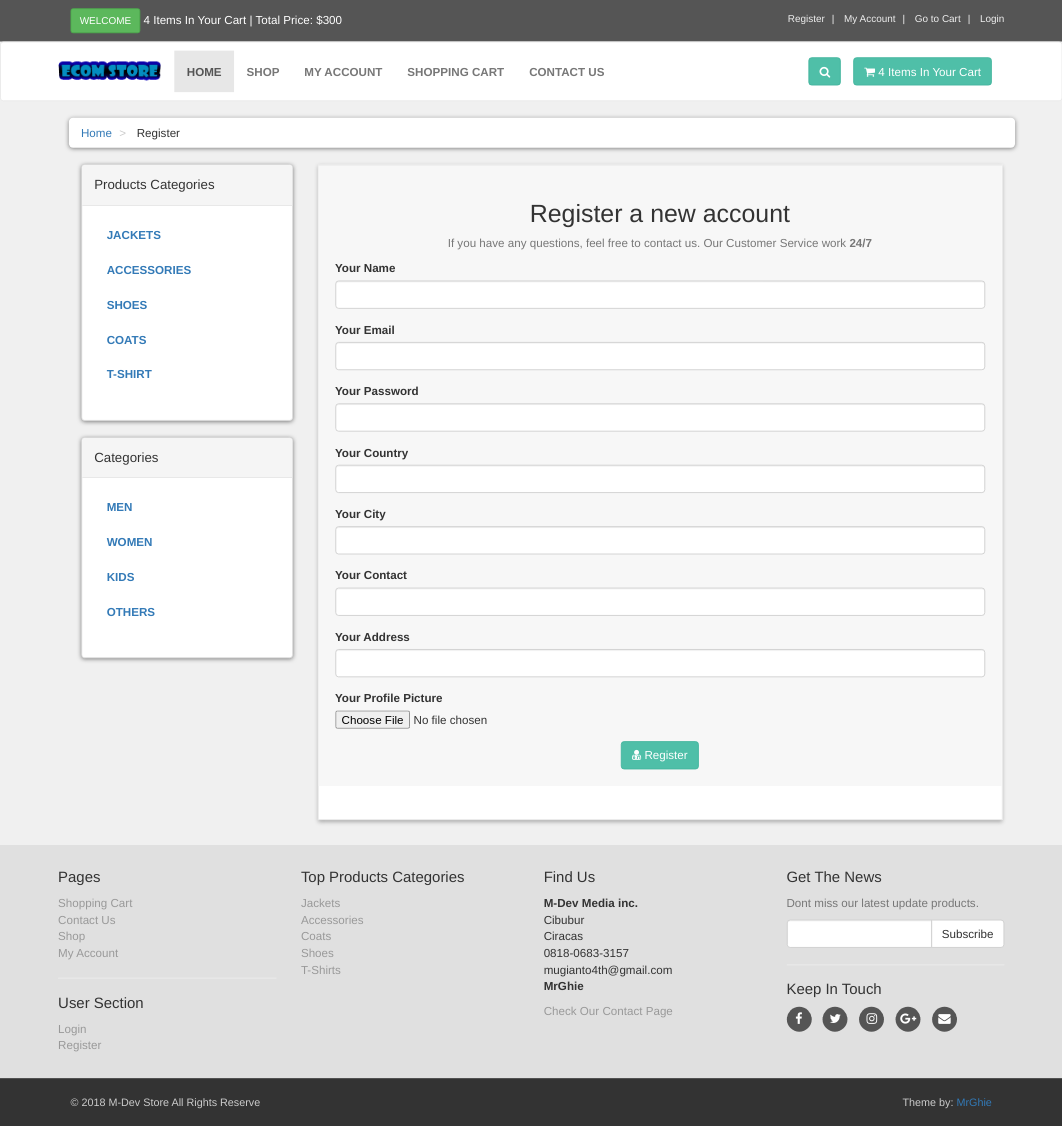
Repository: truonghuynhquy/M_Dev_Store
Page: http://localhost/customer_register.php
An editor plug-in stored every save of this project. The page is shown before and after the next save, followed by the edit.
The browser window is 1280 px wide. The pictures show the whole page, at 83% of full size.
The page is run by PHP 8.4 with error messages shown; the project is at /var/www/html/.

Above is the page before, as saved 2022-11-14 09:52:11.

### customer_register.php
<!DOCTYPE html>
<html lang="en">

<head>
    <meta charset="UTF-8">
    <meta http-equiv="X-UA-Compatible" content="IE=edge">
    <meta name="viewport" content="width=device-width, initial-scale=1.0">
    <title>M-Dev Shop</title>
    <link rel="stylesheet" href="styles/bootstrap-337.min.css">
    <link rel="stylesheet" href="styles/style.css">
    <link rel="stylesheet" href="font-awsome/css/font-awesome.min.css">
</head>

<body>
    <div id="top">
        <!--  Top:     Begin  -->

        <div class="container">
            <!--  Container:     Begin  -->
            <div class="col-md-6 offer">
                <!--  col-md-6 offer:     Begin  -->
                <a href="#" class="btn btn-success btn-sm">Welcome</a>
                <a href="checkout.php">4 Items In Your Cart | Total Price: $300</a>
            </div><!--  col-md-6:     Finish  -->

            <div class="col md-6">
                <!--  col-md-6:     Begin  -->

                <ul class="menu">
                    <!--  menu:     Begin  -->
                    <li>
                        <a href="customer_register.php">Register</a>
                    </li>
                    <li>
                        <a href="customer/my_account.php">My Account</a>
                    </li>
                    <li>
                        <a href="cart.php">Go to Cart</a>
                    </li>
                    <li>
                        <a href="checkout.php">Login</a>
                    </li>

                </ul><!--  menu:     Finish  -->

            </div><!--  col-md-6:     Finish  -->

        </div><!--  Container:     Finish  -->

    </div><!--  Top:    Finish  -->

    <div id="navbar" class="navbar navbar-default">
        <!--  navbar navbar-default:    Begin  -->

        <div class="container">
            <!--  container:    Begin  -->

            <div class="nav-header">
                <!--  nav-header:    Begin  -->

                <a href="index.php" class="navbar-brand home">
                    <!-- navbar-brand home Begin -->

                    <img src="images/ecom-store-logo.png" alt="M-dev-Store Logo" class="hidden-xs">
                    <img src="images/ecom-store-logo-mobile.png" alt="M-dev-Store Logo Mobile" class="visible-xs">

                </a><!-- navbar-brand home Finish -->

                <button class="navbar-toggle" data-toggle="collapse" data-target="#navigation">

                    <span class="sr-only">Toggle navigation</span>

                    <i class="fa fa-align-justify"></i>

                </button>

                <button class="navbar-toggle" data-toggle="collapse" data-target="#search">

                    <span class="sr-only">Toggle Search</span>

                    <i class="fa fa-search"></i>

                </button>

            </div><!--  nav-header:    Finish  -->

            <div class="collapse navbar-collapse" id="navigation">
                <!-- navbar-collapse collapse Begin -->

                <div class="padding-nav">
                    <!-- padding-nav Begin -->

                    <ul class="nav navbar-nav left">
                        <!-- nav navbar-nav left Begin -->

                        <li class="active">
                            <a href="index.php">Home</a>
                        </li>
                        <li>
                            <a href="shop.php">Shop</a>
                        </li>
                        <li>
                            <a href="checkout.php">My Account</a>
                        </li>
                        <li>
                            <a href="cart.php">Shopping Cart</a>
                        </li>
                        <li>
                            <a href="contact.php">Contact Us</a>
                        </li>

                    </ul><!-- nav navbar-nav left Finish -->

                </div><!-- padding-nav Finish -->

                <a href="cart.php" class="btn navbar-btn btn-primary right">

                    <!-- btn navbar-btn btn-primary Begin -->

                    <i class="fa fa-shopping-cart"></i>

                    <span>4 Items In Your Cart</span>

                </a><!-- btn navbar-btn btn-primary Finish -->

                <div class="navbar-collapse collapse right">
                    <!-- navbar-collapse collapse right Begin -->

                    <button class="btn btn-primary navbar-btn" type="button" data-toggle="collapse" data-target="#search">
                        <!-- btn btn-primary navbar-btn Begin -->

                        <span class="sr-only">Toggle Search</span>

                        <i class="fa fa-search"></i>

                </div><!-- navbar-collapse collapse right Finish -->

                <div class="collapse clearfix" id="search">
                    <!-- collapse clearfix Begin -->

                    <form method="get" action="results.php" class="navbar-form">
                        <!-- navbar-form Begin -->

                        <div class="input-group">
                            <!-- input-group Begin -->

                            <input type="text" class="form-control" placeholder="Search" name="user_query" required>

                            <span class="input-group-btn">
                                <!-- input-group-btn Begin -->

                                <button type="submit" name="search" value="Search" class="btn btn-primary">
                                    <!-- btn btn-primary Begin -->

                                    <i class="fa fa-search"></i>

                                </button><!-- btn btn-primary Finish -->

                            </span><!-- input-group-btn Finish -->

                        </div><!-- input-group Finish -->

                    </form><!-- navbar-form Finish -->

                </div><!-- collapse clearfix Finish -->

            </div><!-- navbar-collapse collapse Finish -->

        </div><!--  container:    Finish  -->

    </div><!--  navbar navbar-default:    Finish  -->

    <div id="content">
        <!-- #content Begin -->

        <div class="container">
            <!-- #container Begin -->

            <div class="co-md-12">
                <!-- col-md-12 Begin -->

                <ul class="breadcrumb">
                    <!-- breadcrumb Begin -->
                    <li>
                        <a href="index.html">Home</a>
                    </li>
                    <li>
                        Register
                    </li>
                </ul><!-- breadcrumb Finish -->

            </div><!-- col-md-12 Finish -->

            <div class="col-md-3">
                <!-- col-md-3 Begin -->

                <?php

                include("includes/sidebar.php");

                ?>

            </div><!-- col-md-3 Finish -->

            <div class="col-md-9">
                <!-- col-md-9 Begin -->

                <div class="box">
                    <!-- box Begin -->

                    <div class="box-header">
                        <!-- box-header Begin -->

                        <center>
                            <!-- center Begin -->

                            <h2>Register a new account</h2>

                            <p class="text-muted">

                                If you have any questions, feel free to contact us. Our Customer Service work <strong>24/7</strong>
                            </p>

                        </center><!-- center Finish -->

                        <form action="customer_register.php" method="post" enctype="multipart/form-data">
                            <!-- form Begin -->

                            <div class="form-group">
                                <!-- form-group Begin -->

                                <label>Your Name</label>

                                <input type="text" class="form-control" name="c_name" required>

                            </div><!-- form-group Finish -->

                            <div class="form-group">
                                <!-- form-group Begin -->

                                <label>Your Email</label>

                                <input type="text" class="form-control" name="c_email" required>

                            </div><!-- form-group Finish -->

                            <div class="form-group">
                                <!-- form-group Begin -->

                                <label>Your Password</label>

                                <input type="password" class="form-control" name="c_pass" required>

                            </div><!-- form-group Finish -->

                            <div class="form-group">
                                <!-- form-group Begin -->

                                <label>Your Country</label>

                                <input type="text" class="form-control" name="c_country" required>

                            </div><!-- form-group Finish -->

                            <div class="form-group">
                                <!-- form-group Begin -->

                                <label>Your City</label>

                                <input type="text" class="form-control" name="c_city" required>

                            </div><!-- form-group Finish -->

                            <div class="form-group">
                                <!-- form-group Begin -->

                                <label>Your Contact</label>

                                <input type="text" class="form-control" name="c_contact" required>

                            </div><!-- form-group Finish -->

                            <div class="form-group">
                                <!-- form-group Begin -->

                                <label>Your Address</label>

                                <input type="text" class="form-control" name="c_address" required>

                            </div><!-- form-group Finish -->

                            <div class="form-group">
                                <!-- form-group Begin -->

                                <label>Your Profile Picture</label>

                                <input type="file" class="form-height-custom" name="c_image" required>

                            </div><!-- form-group Finish -->

                            <div class="text-center">
                                <!-- text-center Begin -->

                                <button type="submit" name="register" class="btn btn-primary">

                                    <i class="fa fa-user-md"></i> Register

                                </button>

                            </div><!-- text-center Finish -->

                        </form><!-- form Finish -->

                    </div><!-- box-header Finish -->

                </div><!-- box Finish -->

            </div><!-- col-md-9 Finish -->

        </div><!-- #container Finish -->

    </div><!-- #content Finish -->

    <?php

    include("includes/footer.php");

    ?>

    <script src="js/jquery-331.min.js"></script>
    <script src="js/bootstrap-337.min.js"></script>


</body>

</html>

### includes/sidebar.php
<div class="panel panel-default sidebar-menu">
    <!-- panel panel-default sidebar-menu Begin -->

    <div class="panel-heading">
        <!-- panel-heading Begin -->

        <h3 class="panel-title">Products Categories</h3>

    </div><!-- panel-heading Finish -->

    <div class="panel-body">
        <!-- panel-body Begin -->

        <ul class="nav nav-pills nav-stacked category-menu">
            <!-- nav nav-pills nav-stacked category-menu Begin -->

            <li><a href="#">Jackets</a></li>
            <li><a href="#">Accessories</a></li>
            <li><a href="#">Shoes</a></li>
            <li><a href="#">Coats</a></li>
            <li><a href="#">T-Shirt</a></li>

        </ul><!-- nav nav-pills nav-stacked category-menu Finish -->

    </div><!-- panel-body Finish -->

</div><!-- panel panel-default sidebar-menu Finish -->

<div class="panel panel-default sidebar-menu">
    <!-- panel panel-default sidebar-menu Begin -->

    <div class="panel-heading">
        <!-- panel-heading Begin -->

        <h3 class="panel-title">Categories</h3>

    </div><!-- panel-heading Finish -->

    <div class="panel-body">
        <!-- panel-body Begin -->

        <ul class="nav nav-pills nav-stacked category-menu">
            <!-- nav nav-pills nav-stacked category-menu Begin -->

            <li><a href="#">Men</a></li>
            <li><a href="#">Women</a></li>
            <li><a href="#">Kids</a></li>
            <li><a href="#">Others</a></li>

        </ul><!-- nav nav-pills nav-stacked category-menu Finish -->

    </div><!-- panel-body Finish -->

</div><!-- panel panel-default sidebar-menu Finish -->

### includes/footer.php
<div id="footer">
    <!-- #footer Begin -->

    <div class="container">
        <!-- container Begin -->

        <div class="row">
            <!-- row Begin -->

            <div class="col-sm-6 col-md-3">
                <!-- col-sm-6 col-md-3 Begin -->

                <h4>Pages</h4>

                <ul>
                    <!-- ul Begin -->
                    <li><a href="cart.php">Shopping Cart</a></li>
                    <li><a href="contact.php">Contact Us</a></li>
                    <li><a href="shop.php">Shop</a></li>
                    <li><a href="checkout.php">My Account</a></li>
                </ul><!-- ul Finish -->

                <hr>

                <h4>User Section</h4>

                <ul>
                    <!-- ul Begin -->
                    <li><a href="checkout.php">Login</a></li>
                    <li><a href="customer_register.php">Register</a></li>
                </ul><!-- ul Finish -->

                <hr class="hidden-md hidden-lg hidden-sm">

            </div><!-- col-sm-6 col-md-3 Finish -->

            <div class="com-sm-6 col-md-3">
                <!-- col-sm-6 col-md-3 Begin -->

                <h4>Top Products Categories</h4>

                <ul>
                    <!-- ul Begin -->
                    <li><a href="#">Jackets</a></li>
                    <li><a href="#">Accessories</a></li>
                    <li><a href="#">Coats</a></li>
                    <li><a href="#">Shoes</a></li>
                    <li><a href="#">T-Shirts</a></li>
                </ul><!-- ul Finish -->

                <hr class="hidden-md hidden-lg">

            </div><!-- col-sm-6 col-md-3 Finish -->

            <div class="col-sm-6 col-md-3">
                <!-- col-sm-6 col-md-3 Begin -->

                <h4>Find Us</h4>

                <p>
                    <!-- p Start -->

                    <strong>M-Dev Media inc.</strong>
                    <br />Cibubur
                    <br />Ciracas
                    <br />0818-0683-3157
                    <br />mugianto4th@gmail.com
                    <br /><strong>MrGhie</strong>

                </p><!-- p Finish -->

                <a href="contact.php">Check Our Contact Page</a>

                <hr class="hidden-md hidden-lg">

            </div><!-- col-sm-6 col-md-3 Finish -->

            <div class="col-sm-6 col-md-3">

                <h4>Get The News</h4>

                <p class="text-muted">
                    Dont miss our latest update products.
                </p>

                <form action="" method="post">
                    <!-- form begin -->
                    <div class="input-group">
                        <!-- input-group begin -->

                        <input type="text" class="form-control" name="email">

                        <span class="input-group-btn">
                            <!-- input-group-btn begin -->

                            <input type="submit" value="Subscribe" class="btn btn-default">

                        </span><!-- input-group-btn Finish -->

                    </div><!-- input-group Finish -->

                </form><!-- form Finish -->

                <hr>

                <h4>Keep In Touch</h4>

                <p class="social">
                    <a href="#" class="fa fa-facebook"></a>
                    <a href="#" class="fa fa-twitter"></a>
                    <a href="#" class="fa fa-instagram"></a>
                    <a href="#" class="fa fa-google-plus"></a>
                    <a href="#" class="fa fa-envelope"></a>
                </p>

            </div><!-- col-sm-6 col-md-3 Finish -->

        </div><!-- row Finish -->

    </div><!-- container Finish -->

</div><!-- #footer Finish -->

<div id="copyright">
    <!-- #copyright Begin -->

    <div class="container">
        <!-- container Begin -->

        <div class="col-md-6">
            <!-- col-md-6 Begin -->

            <p class="pull-left">&copy; 2018 M-Dev Store All Rights Reserve</p>

        </div><!-- col-md-6 Finish -->

        <div class="col-md-6">
            <!-- col-md-6 Begin -->

            <p class="pull-right">Theme by: <a href="#">MrGhie</a></p>

        </div><!-- col-md-6 Finish -->

    </div><!-- container Finish -->

</div><!-- #copyright Finish -->

Loaded but not shown: styles/bootstrap-337.min.css (library); font-awsome/css/font-awesome.min.css (library); js/jquery-331.min.js (library); js/bootstrap-337.min.js (library); styles/style.css (391 lines, source omitted)

After the next save:
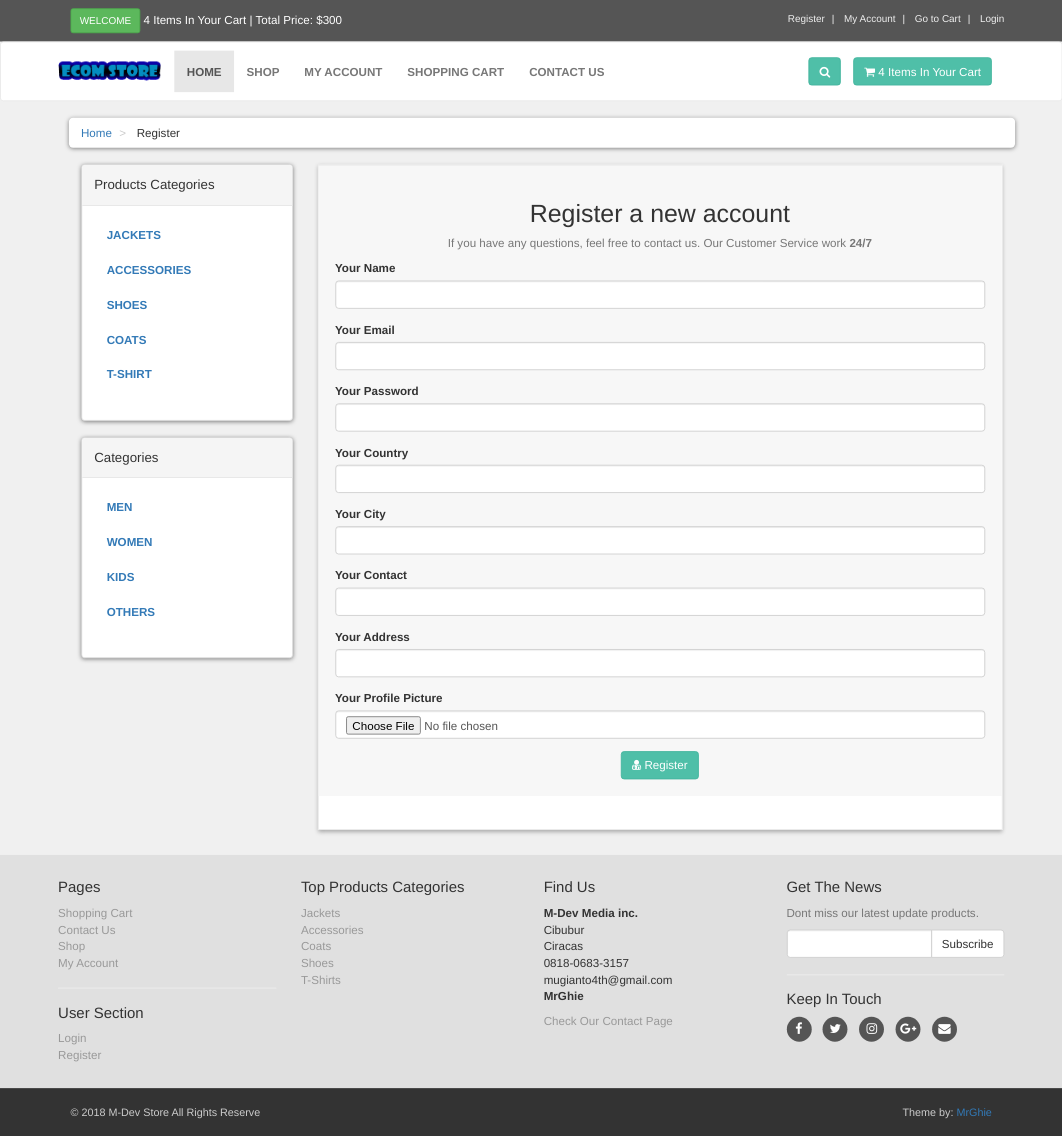
Saved 98 s later.
--- a/customer_register.php
+++ b/customer_register.php
@@ -294,7 +294,7 @@
 
                                 <label>Your Profile Picture</label>
 
-                                <input type="file" class="form-height-custom" name="c_image" required>
+                                <input type="file" class="form-control form-height-custom" name="c_image" required>
 
                             </div><!-- form-group Finish -->
 
